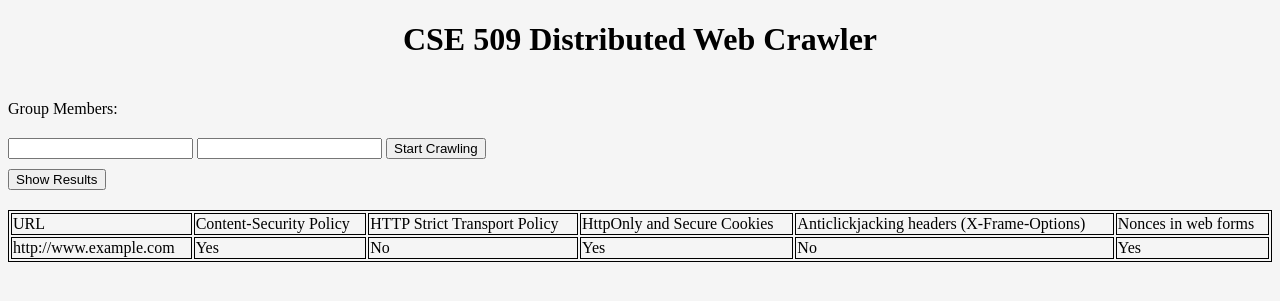
Repository: mfleish3/Crawler
Page: cse509/Crawling/WebContent/index.html
An editor plug-in stored every save of this project. The page is shown before and after the next save, followed by the edit.
The browser window is 1280 px wide. The pictures show the whole page.
Some web libraries are served in a nearby version.

Above is the page before, as saved 2015-11-07 22:27:37.

### cse509/Crawling/WebContent/index.html
<!DOCTYPE html>
<html>
	<head>
	  <title>Crawler Index Page</title>
	  <link rel="stylesheet" type="text/css" href="style/index.css">
	  <script type="text/javascript" src="http://code.jquery.com/jquery-1.8.3.min.js"></script>
	  <script src="scripts/index.js"></script>
	</head>
	<body>
		<div id="divProjectHeader">
			<h1 id="headerProject">CSE 509 Distributed Web Crawler</h1>
		</div>
	  <div>
	  	<div id="divGroup">
	  		<a>Group Members:</a>
	  		<a></a>
	  		<a></a>
	  		<a></a>
	  		<a></a>
	  		<a></a>
	  	</div>

	  	<div id="divInitialize">
	  		<input type="text" name="domainName">
	  		<input type="text" name="numberPages">
	  		<button id="btnResults" type="button">Start Crawling</button>
	  	</div>

	  	<div id="showResults">
	  		<button id="btnResults" type="button">Show Results</button>
	  	</div>

		  <div id="divTableMain">
		  	<table id="tableMain">
			  <tr>
			    <td>URL</td>
			    <td>Content-Security Policy</td>
			    <td>HTTP Strict Transport Policy</td>
			    <td>HttpOnly and Secure Cookies</td>
			    <td>Anticlickjacking headers (X-Frame-Options)</td>
			    <td>Nonces in web forms</td>
			  </tr>
			  <tr>
			    <td>http://www.example.com</td>
			    <td>Yes</td>
			    <td>No</td>
			    <td>Yes</td>
			    <td>No</td>
			    <td>Yes</td>
			  </tr>
			</table>
		  </div>
	  </div>
	</body>
</html>

### cse509/Crawling/WebContent/style/index.css
body {
	background-color: #F5F5F5;
}

#divTableMain {
	padding-top: 20px;
}

#tableMain {
	width: 100%;
	border: 1px solid black;
}

td {
	border: 1px solid black;
}

#divGroup {
	padding-top: 20px;
}

#divInitialize {
	padding-top: 20px;
}

#divProjectHeader {
	text-align: center;
	width: 100%;
}

#showResults {
	padding-top: 10px;
}

### cse509/Crawling/WebContent/scripts/index.js
$( document ).ready(function() {


	$('#btnResults').click(function(){
	    updateInput();
	});

});

function updateInput() {

	var name = document.getElementById('domainName').value;
	var number = document.getElementById('numberPages').value;

	$.ajax({
		  type: "POST",
		  url: "UserInput",
		  data: { domainName: name, numberPages: number },
		  dataType: 'json',
		  success: function(data) {
			  alert(data);
		  }
		});
}

After the next save:
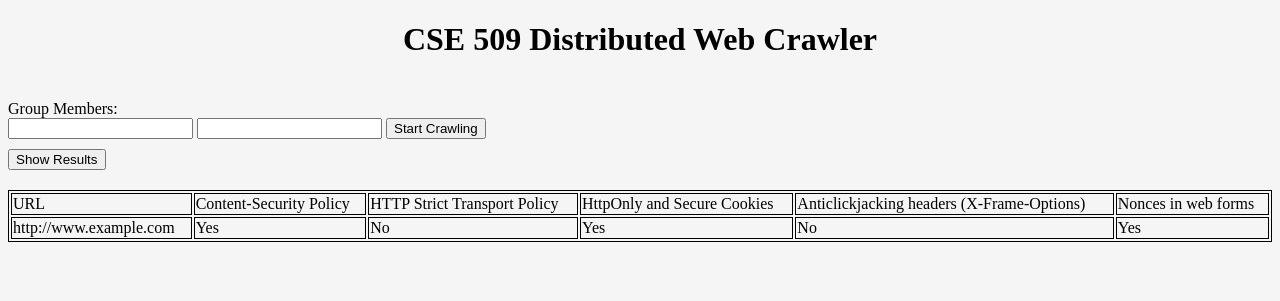
Saved 5 s later.
--- a/cse509/Crawling/WebContent/index.html
+++ b/cse509/Crawling/WebContent/index.html
@@ -20,7 +20,7 @@
 	  		<a></a>
 	  	</div>
 
-	  	<div id="divInitialize">
+	  	<div id="divInput">
 	  		<input type="text" name="domainName">
 	  		<input type="text" name="numberPages">
 	  		<button id="btnResults" type="button">Start Crawling</button>

After the 2 saves that followed:
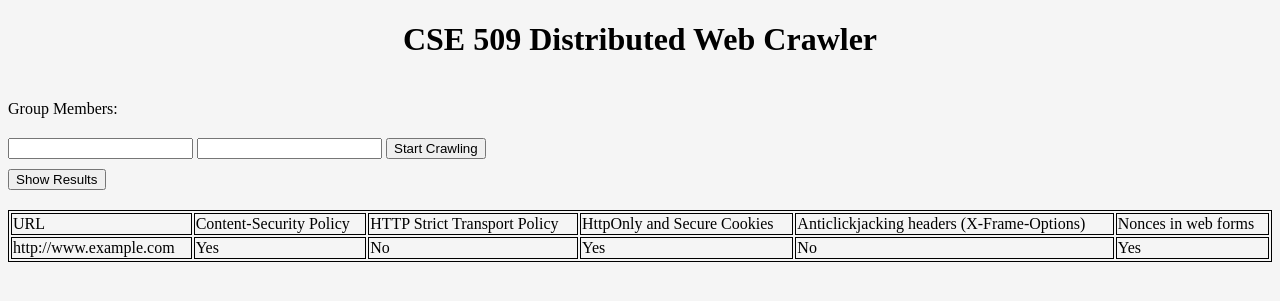
The 2 saves are shown as one change because 1 left the picture as it was.
The last was saved 10 s later.
--- a/cse509/Crawling/WebContent/style/index.css
+++ b/cse509/Crawling/WebContent/style/index.css
@@ -19,7 +19,7 @@ td {
 	padding-top: 20px;
 }
 
-#divInitialize {
+#divInput {
 	padding-top: 20px;
 }
 
